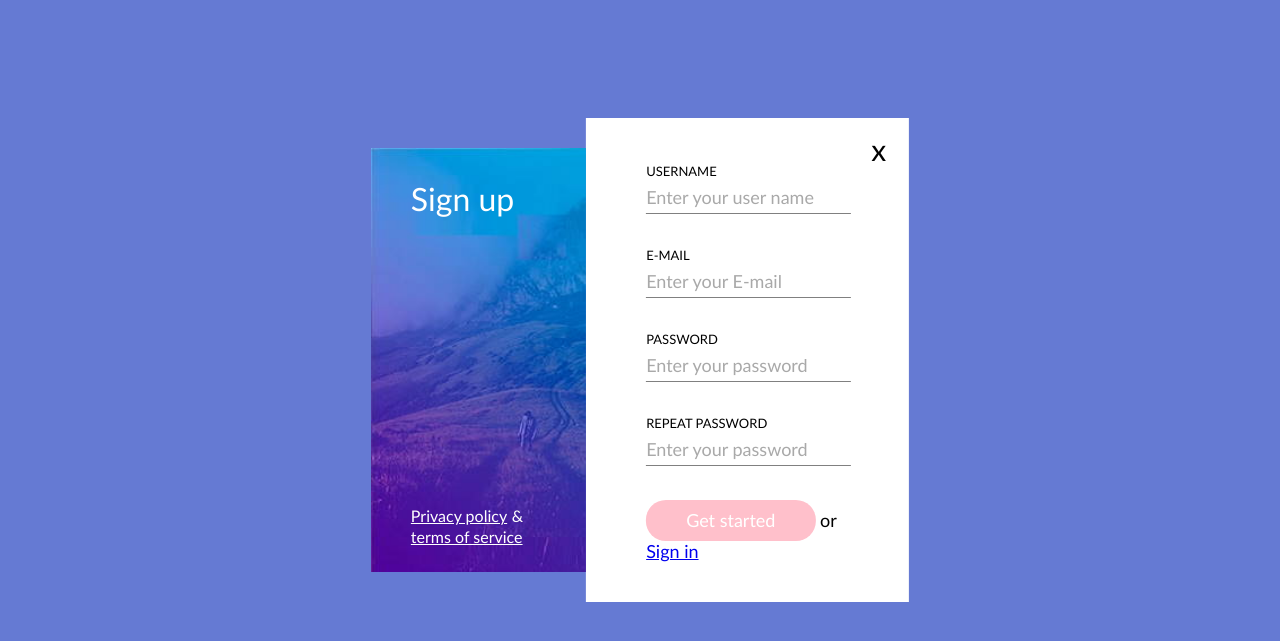
Repository: motiejus1/11-paskaita-adobexd-registracija
Page: index.html
These files come from the project's save history. The page is drawn as it stood at one moment and after a run of saves; the edit follows.
The browser window is 1280 px wide. The pictures show the whole page.

Above is the page before, as saved 2021-06-17 20:42:02.

### index.html
<!DOCTYPE html>
<html lang="en">
<head>
    <meta charset="UTF-8">
    <meta http-equiv="X-UA-Compatible" content="IE=edge">
    <meta name="viewport" content="width=device-width, initial-scale=1.0">
    <title>Registracija</title>
    <style>
        html {
            font-size: 18px;
        }

        body {
            max-width: 1920px;
            background-color: #657AD3;
            font: normal normal normal 1rem/1.1667rem Gill Sans MT;
        }

        .container {
            width: 42.05%;
            position: absolute;
            top: 50%;
            left: 50%;
            transform: translate(-50%, -50%);
        }

        .left-column, .right-column {
            float:left;
            height: 26.8889rem;
        }

        .left-column {
            background-color: transparent;
            width: 40%;

        }

        .right-column {
            width: 60%;
            background-color: #fff;
        }

        .left-column-container {
            margin-top: 1.6667rem;
            height: 23.5556rem;
            background-color: #fff;
            background: transparent url('img/mountain.png') 0% 0% no-repeat padding-box;
            background-size: cover;
            padding-left: 2.2222rem;
            position: relative;

        }

        h1 {
            font: normal normal normal 1.7778rem/2.0556rem Gill Sans MT;
            color: #FFFFFF;
            margin: 0;
            padding-top: 32px;
        }


        .links {
            position: absolute;
            bottom: 1.3889rem;
        }

        .links a, .links p {
            display: inline-block;
            color: #FFFFFF;
            font: normal normal normal 0.8889rem/1.0556rem Gill Sans MT;
        }

        .links a:hover {
            color:#808080;
        }

        .links p {
            margin: 0;
        }

        .right-column-container {
            padding-left: 3.3333rem;
            padding-top: 2.5556rem;
            padding-right: 3.3333rem;
        }

        input {
            display: block;
            width: 100%;
            border: 0;
            border-bottom: 1px solid #808080;
            padding-bottom: 0.3333rem;
            padding-left: 0;
        }

        input:focus {
            border: 0;
            outline: none;
            border-bottom: 1px solid #808080;
        }
        /* klase input */

        .input {
            margin-bottom: 1.8889rem;
        }

        label {
            display: block;
            font: normal normal normal 0.7222rem/0.8333rem Gill Sans MT;
            text-transform: uppercase;
            color: #000000;
            padding-bottom: 0.6667rem;
        }

        ::-webkit-input-placeholder {
            font: normal normal normal 1rem/1.1667rem Gill Sans MT;
            color: #A9A9A9;

        }

        .close {
            font: normal normal normal 1.6667rem/1.9444rem Gill Sans MT;
            color:#000000;
            position: absolute;
            top: 0.7778rem;
            right: 1.2778rem;
        }

        .close:hover {
            cursor: pointer;
            color:#808080;
        }

        .right-column-bottom-action button, .right-column-bottom-action p, .right-column-bottom-action a {
            display:inline-block;
        }

        .right-column-bottom-action p {
            margin: 0;
        }

        .btn {
            font: normal normal normal 1rem/1.1667rem Gill Sans MT;
            color: #FFFFFF;
            background-color: #FFC0CB;
            border: none;
            padding-left: 2.2222rem;
            padding-top: 0.5556rem;
            padding-right: 2.2222rem;
            padding-bottom: 0.5556rem;
            border-radius: 20px;
            box-shadow; 0 4px 8px

        }

    </style>

</head>
<body>

    <div class="container">

        <div class="left-column">
            <div class="left-column-container">
                <h1>Sign up</h1>

                <div class="links">
                    <a href="#">Privacy policy</a>
                    <p>&</p>
                    <a href="#">terms of service</a>
                </div>
            </div>
        </div>
        <div class="right-column">
            <div class="right-column-container">
                <span class="close">x</span>
                <div class="input">
                    <label for="username">Username</label>
                    <input placeholder="Enter your user name" type="text" id="username" name="username" />
                </div>
                <div class="input">
                    <label for="email">E-mail</label>
                    <input placeholder="Enter your E-mail" type="text" id="email" name="email" />
                </div>
                <div class="input">
                    <label for="password">Password</label>
                    <input placeholder="Enter your password" type="password" id="password" name="password" />
                </div>
                <div class="input">
                    <label for="repeat-password">Repeat password</label>
                    <input placeholder="Enter your password" type="password" id="repeat-password" name="repeat-password" />
                </div>

                <div class="right-column-bottom-action">
                    <button class="btn">Get started</button>
                    <p>or</p>
                    <a href="#">Sign in</a>
                </div>
            </div>
        </div>
    </div>

</body>
</html>

After the next 2 saves:
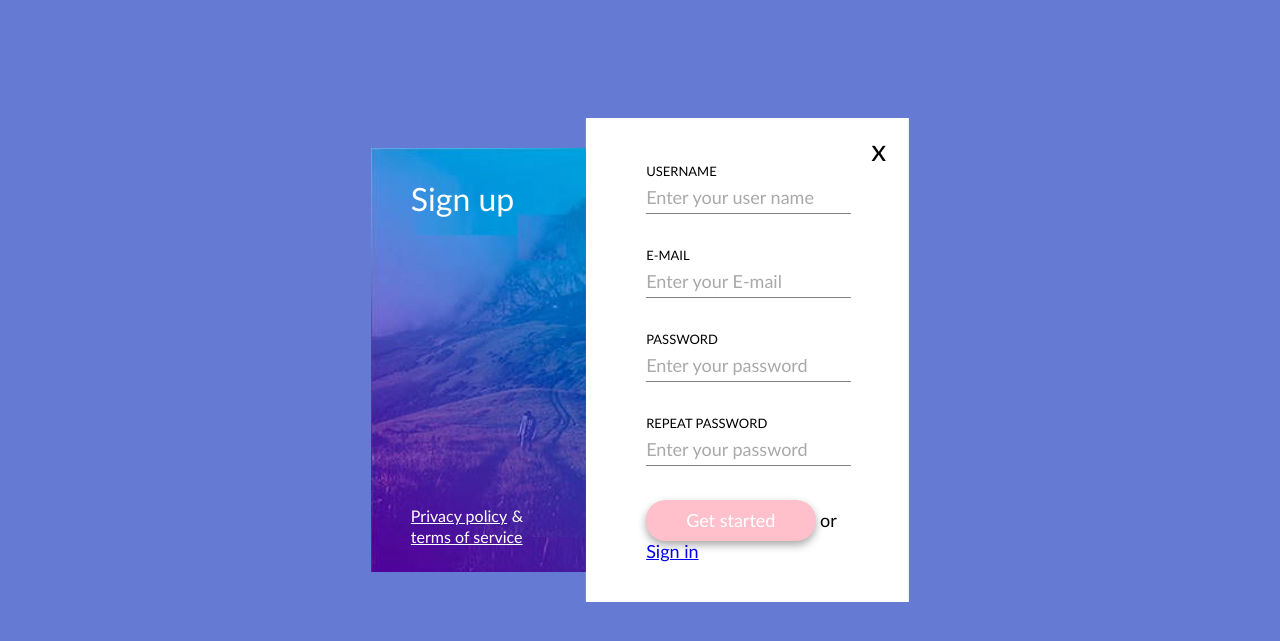
The 2 saves are shown as one change because they came seconds apart.
The last was saved 12 s later.
--- a/index.html
+++ b/index.html
@@ -149,7 +149,7 @@
             padding-right: 2.2222rem;
             padding-bottom: 0.5556rem;
             border-radius: 20px;
-            box-shadow; 0 4px 8px
+            box-shadow: 0 4px 8px darkgrey;
 
         }
 
